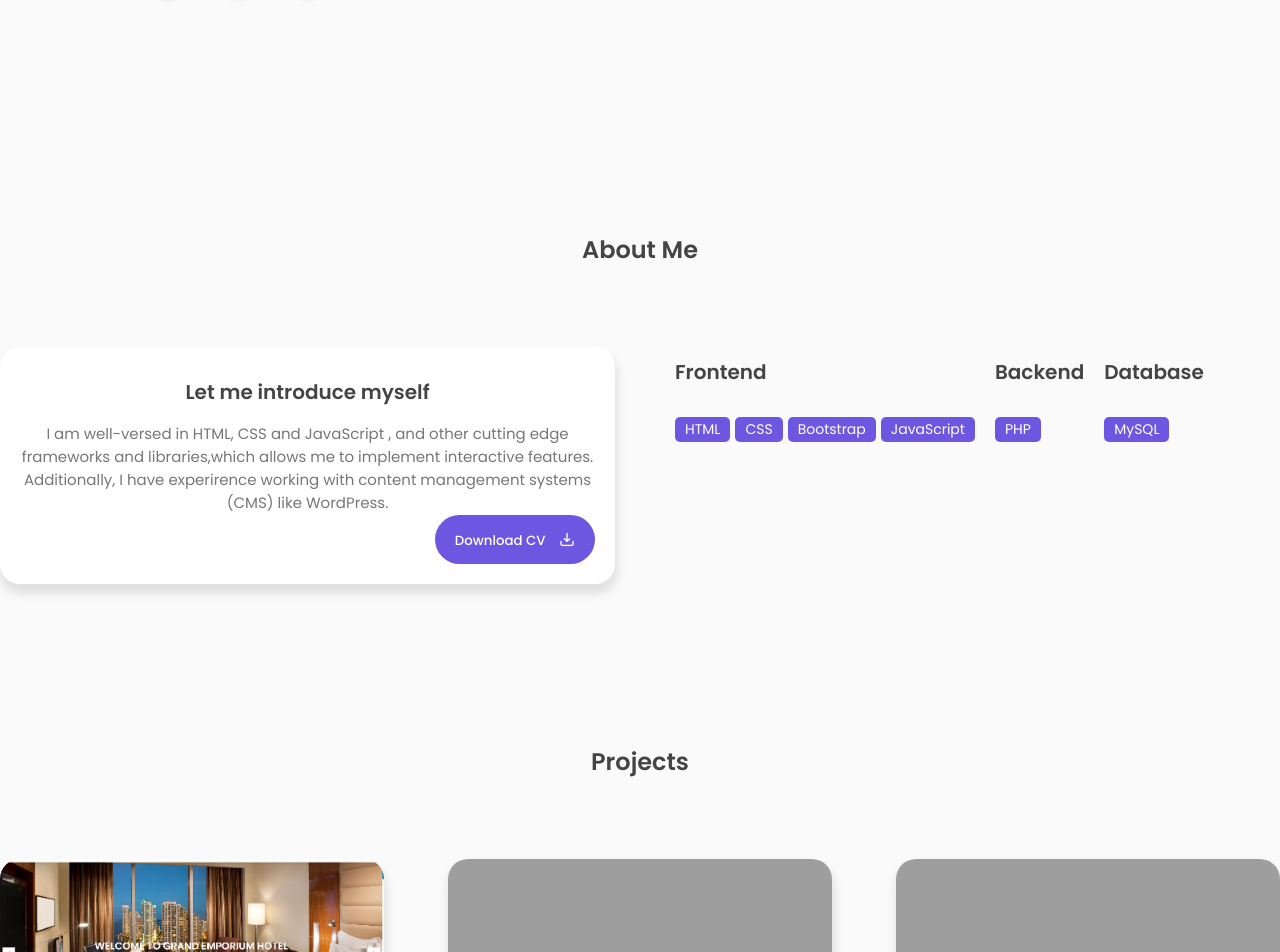
Repository: 4Kbrain/Portofolio
Page: index.html
An editor plug-in stored every save of this project. The page is shown before and after a run of saves, followed by the edit.
The browser window is 1280 px wide. The pictures show the part of the page from y = 568 to 1520 px (the page is 2774 px tall).
Pictures or frames that could not be fetched are drawn as grey boxes.

Above is the page before, as saved 2024-05-15 16:47:58.
Console error: ReferenceError: ScrollReveal is not defined

After the next 2 saves:
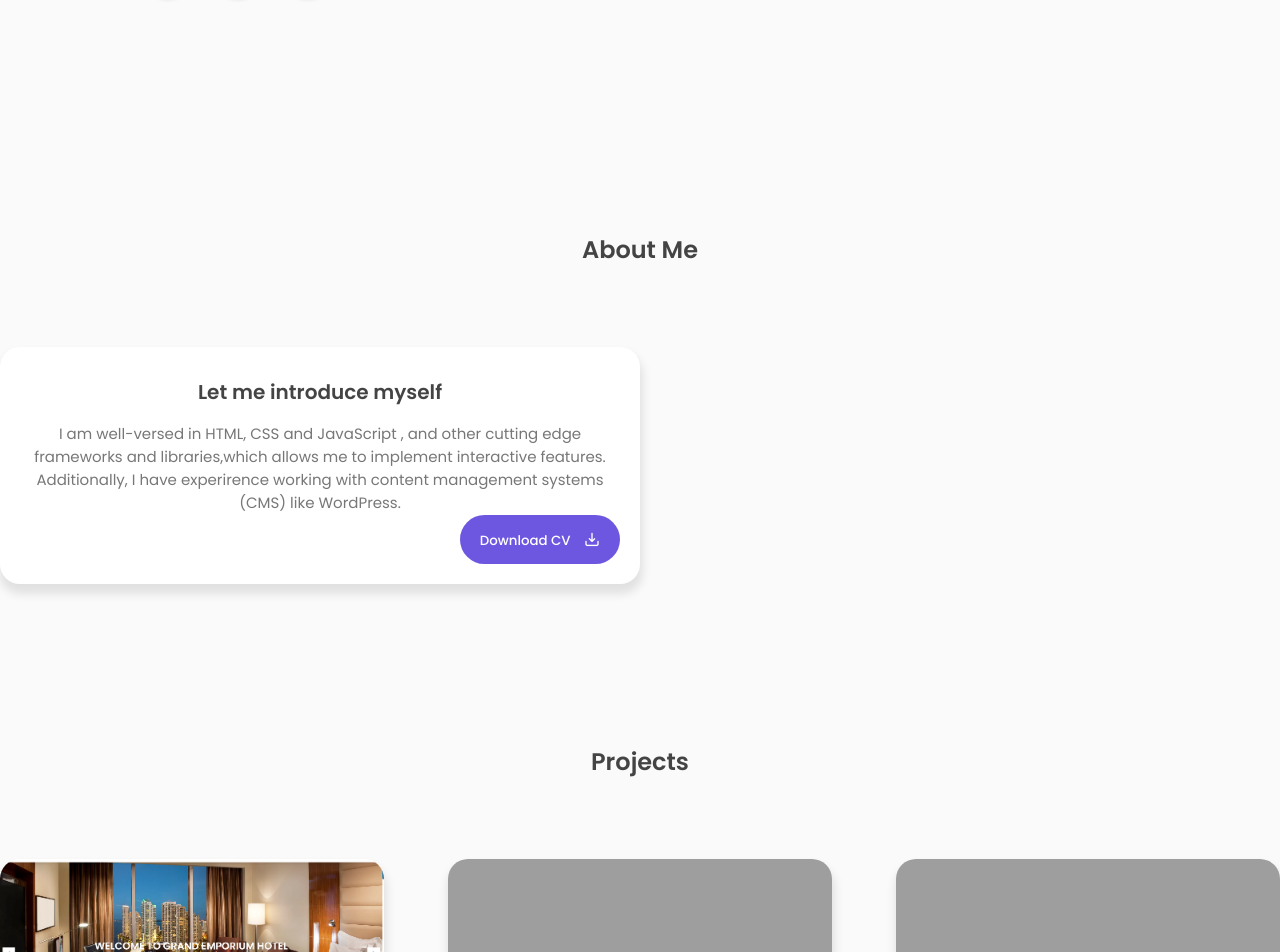
The 2 saves are shown as one change because they came seconds apart.
The last was saved 2 min 24 s later.
--- a/index.html
+++ b/index.html
@@ -110,35 +110,6 @@
                     </div>
                 </div>
             </div>
-            <div class="col">
-                <div class="skills-box">
-                    <div class="skills-header">
-                        <h3>Frontend</h3>
-                    </div>
-                    <div class="skills-list">
-                        <span>HTML</span>
-                        <span>CSS</span>
-                        <span>Bootstrap</span>
-                        <span>JavaScript</span>
-                    </div>
-                </div>
-                <div class="skills-box">
-                    <div class="skills-header">
-                        <h3>Backend</h3>
-                    </div>
-                    <div class="skills-list">
-                        <span>PHP</span>
-                    </div>
-                </div>
-                <div class="skills-box">
-                    <div class="skills-header">
-                        <h3>Database</h3>
-                    </div>
-                    <div class="skills-list">
-                        <span>MySQL</span>
-                    </div>
-                </div>
-            </div>
         </div>
     </section>
 
